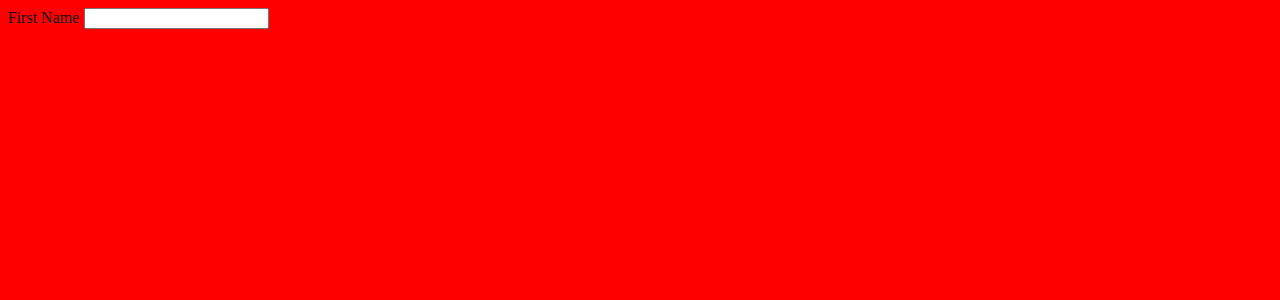
Repository: Fariaddd/codefactor-stylesheet
Page: index.html
An editor plug-in stored every save of this project. The page is shown before and after the next save, followed by the edit.
The browser window is 1280 px wide. The pictures show the whole page.

Above is the page before, as saved 2021-11-17 18:59:21.

After the next save:
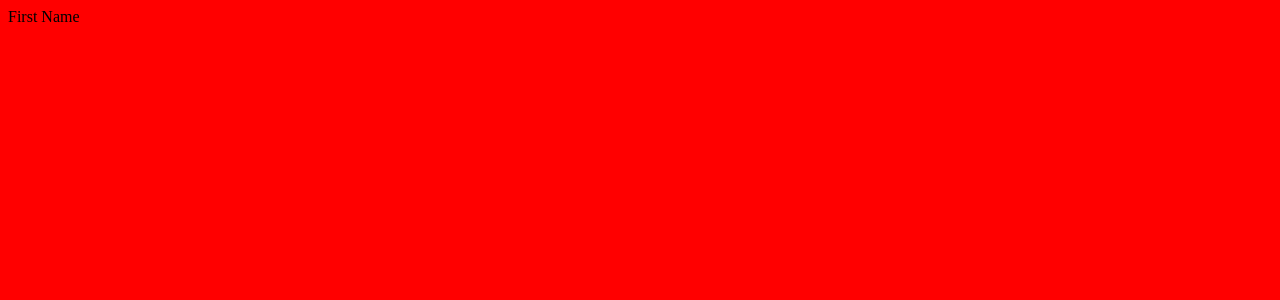
Saved 31 s later.
--- a/index.html
+++ b/index.html
@@ -10,7 +10,6 @@
   <body>
     <form action="/action">
       <label for="firstname">First Name</label>
-      <input type="text" id="firstname" name="firstname" />
     </form>
   </body>
 </html>

After the save that followed:
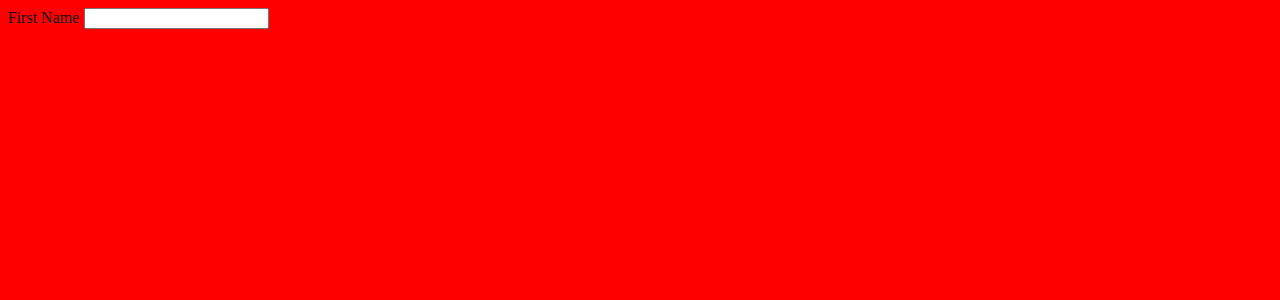
Saved 6 s later.
--- a/index.html
+++ b/index.html
@@ -10,6 +10,7 @@
   <body>
     <form action="/action">
       <label for="firstname">First Name</label>
+      <input type="text" id="firstname" name="firstname" />
     </form>
   </body>
 </html>
